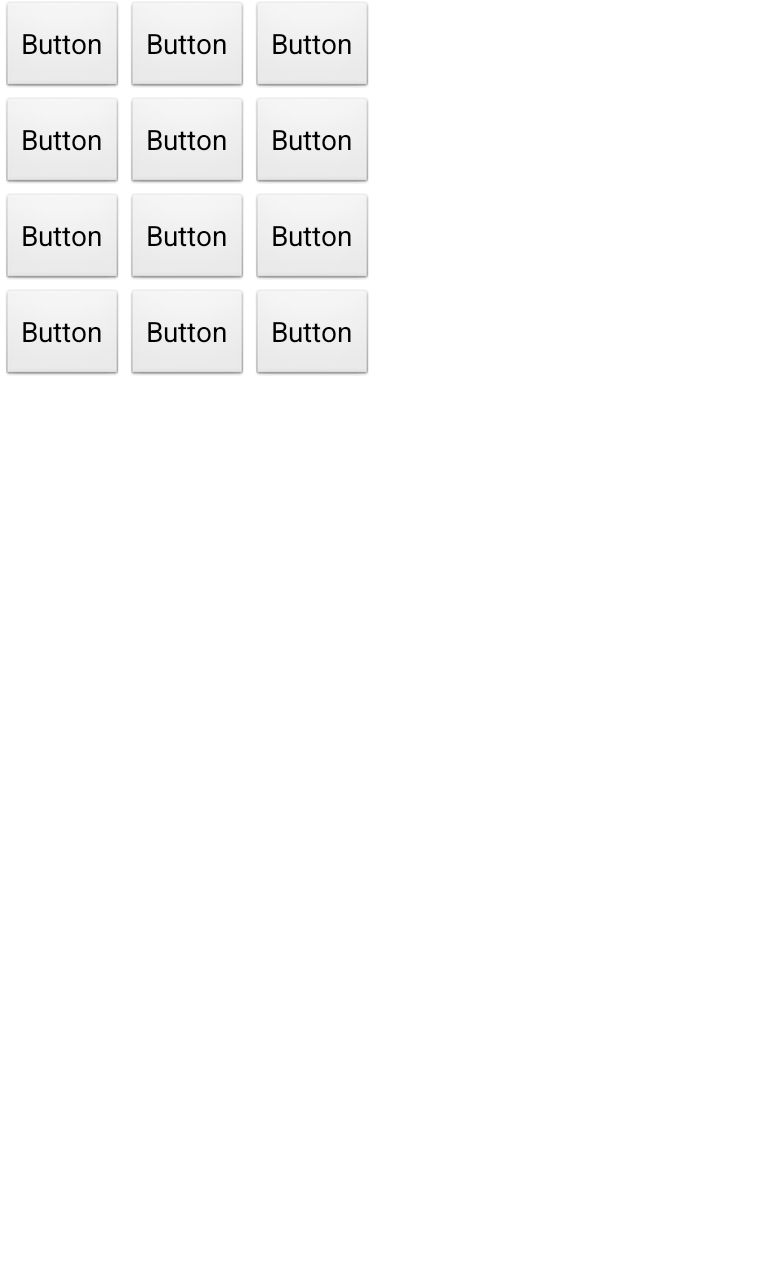
Repository: ApplucoJason/AndroidTest
Layout: MyFirstApp/res/layout/second.xml
These files come from the project's save history. The layout is drawn as it stood at one moment and after the next save; the edit follows.
It is drawn on a 768 x 1280 px phone screen (xhdpi) without system bars, with theme AppTheme; the app's code is not run.

Above is the layout before, as saved 2013-09-04 12:07:09.

After the next save:
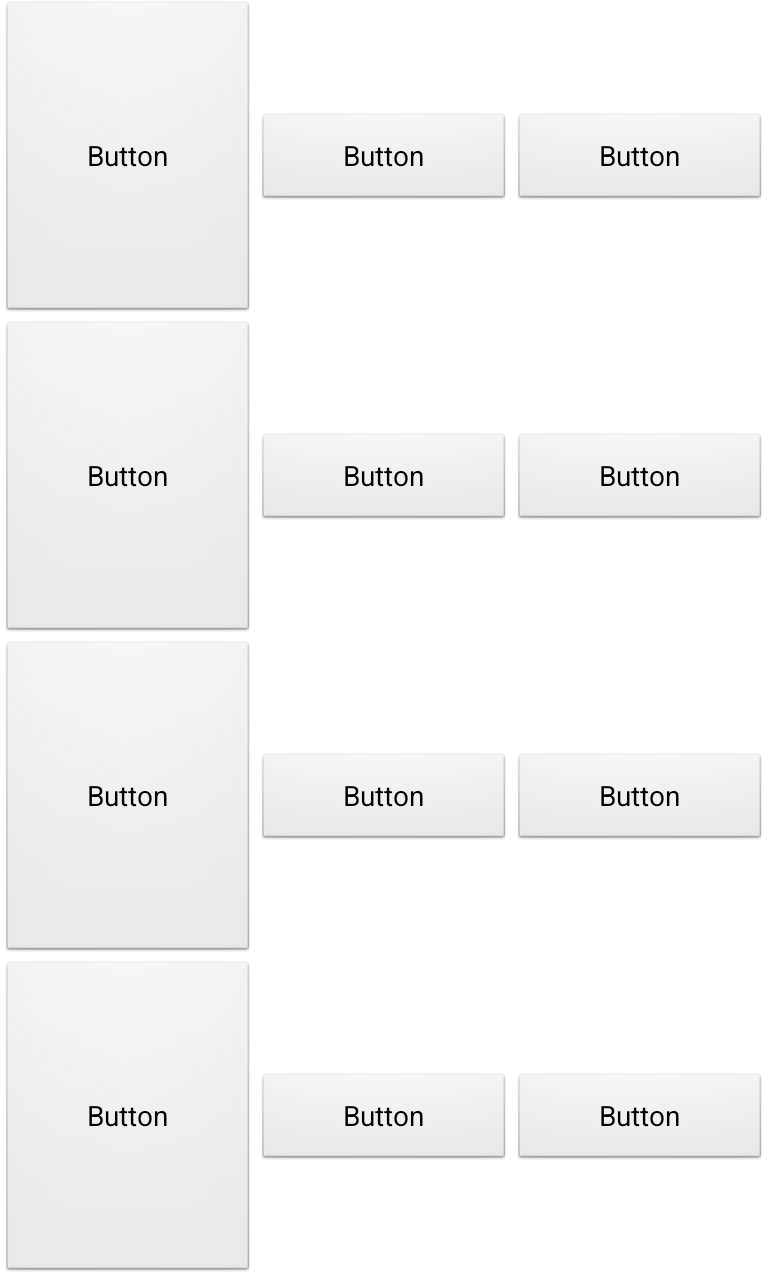
Saved 7 min 2 s later.
--- a/MyFirstApp/res/layout/second.xml
+++ b/MyFirstApp/res/layout/second.xml
@@ -5,97 +5,113 @@
     android:orientation="vertical" >
 
     <LinearLayout
+        android:layout_weight="1"
         android:layout_width="match_parent"
         android:layout_height="wrap_content" >
 
         <Button
             android:id="@+id/button1"
             android:layout_width="wrap_content"
-            android:layout_height="wrap_content"
+            android:layout_height="fill_parent"
+            android:layout_weight="1"
             android:text="Button" />
 
         <Button
             android:id="@+id/button5"
             android:layout_width="wrap_content"
             android:layout_height="wrap_content"
+            android:layout_weight="1"
             android:text="Button" />
 
         <Button
             android:id="@+id/button9"
             android:layout_width="wrap_content"
             android:layout_height="wrap_content"
+            android:layout_weight="1"
             android:text="Button" />
 
     </LinearLayout>
 
     <LinearLayout
+        android:layout_weight="1"
         android:layout_width="match_parent"
         android:layout_height="wrap_content" >
 
         <Button
             android:id="@+id/button2"
             android:layout_width="wrap_content"
-            android:layout_height="wrap_content"
+            android:layout_height="fill_parent"
+            android:layout_weight="1"
             android:text="Button" />
 
         <Button
             android:id="@+id/button6"
             android:layout_width="wrap_content"
             android:layout_height="wrap_content"
+            android:layout_weight="1"
             android:text="Button" />
 
         <Button
             android:id="@+id/button10"
             android:layout_width="wrap_content"
             android:layout_height="wrap_content"
+            android:layout_weight="1"
             android:text="Button" />
 
     </LinearLayout>
 
     <LinearLayout
+        android:layout_weight="1"
         android:layout_width="match_parent"
         android:layout_height="wrap_content" >
 
         <Button
             android:id="@+id/button3"
             android:layout_width="wrap_content"
-            android:layout_height="wrap_content"
+            android:layout_height="fill_parent"
+            android:layout_weight="1"
             android:text="Button" />
 
         <Button
             android:id="@+id/button7"
             android:layout_width="wrap_content"
             android:layout_height="wrap_content"
+            android:layout_weight="1"
             android:text="Button" />
 
         <Button
             android:id="@+id/button11"
             android:layout_width="wrap_content"
             android:layout_height="wrap_content"
+            android:layout_weight="1"
             android:text="Button" />
 
     </LinearLayout>
 
     <LinearLayout
+        android:layout_weight="1"
         android:layout_width="match_parent"
         android:layout_height="wrap_content" >
 
         <Button
             android:id="@+id/button4"
             android:layout_width="wrap_content"
-            android:layout_height="wrap_content"
+            android:layout_height="fill_parent"
+            android:layout_weight="1"
             android:text="Button" />
 
         <Button
             android:id="@+id/button8"
             android:layout_width="wrap_content"
             android:layout_height="wrap_content"
+            android:layout_weight="1"
             android:text="Button" />
 
         <Button
             android:id="@+id/button12"
             android:layout_width="wrap_content"
             android:layout_height="wrap_content"
+            android:layout_weight="1"
             android:text="Button" />
 
     </LinearLayout>
